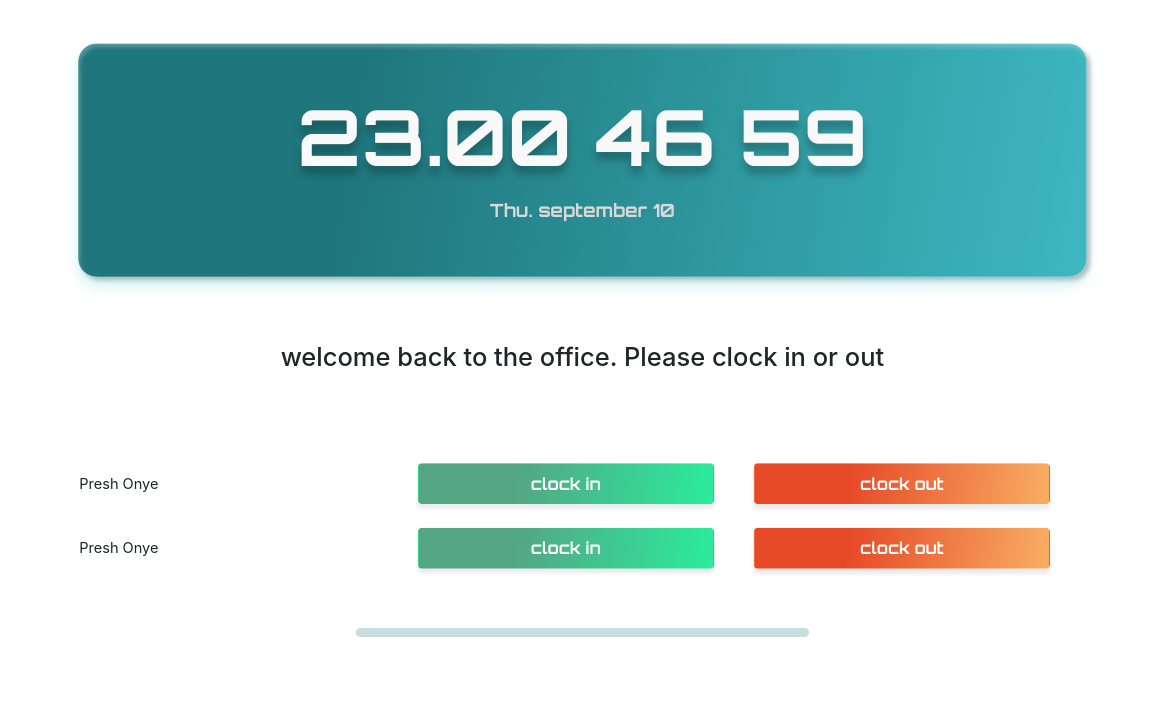
Repository: giprim/clocker
Page: /
An editor plug-in stored every save of this project. The page is shown before and after the next save, followed by the edit.
The browser window is 1280 px wide. The pictures show the whole page, at 91% of full size.
The project was rebuilt for these pictures with package versions that can differ from the ones it lists, and the page was loaded fresh each time.

Above is the page before, as saved 2020-09-11 00:00:45.

After the next save:
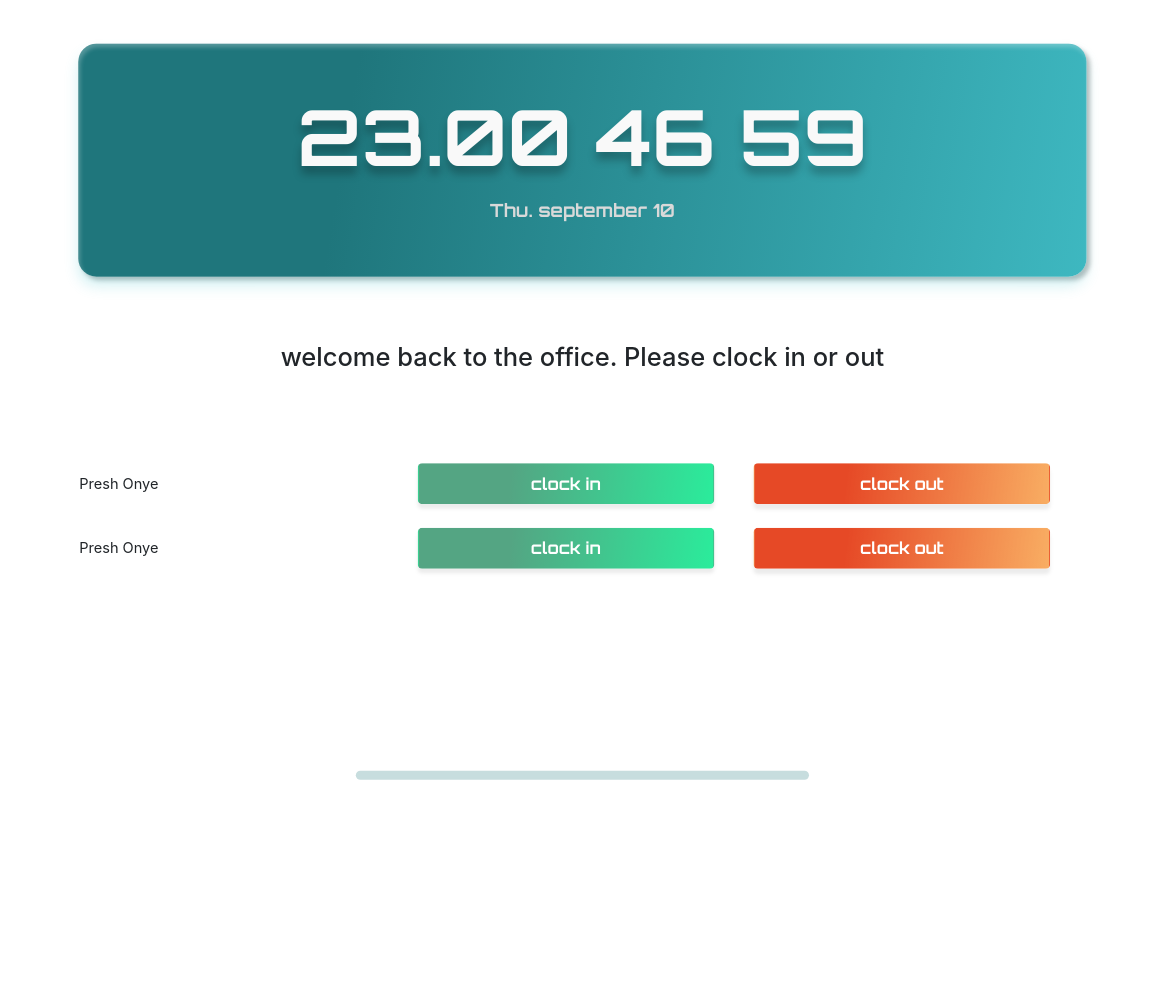
Saved 33 s later.
--- a/src/App.css
+++ b/src/App.css
@@ -82,8 +82,8 @@ table tr td {
 }
 
 hr {
-  border-radius: 5px;
-  margin: 4rem auto;
+  border-radius: 15px;
+  margin: 20% auto;
   width: 45%;
   padding: 5px;
   background: #20777c;
